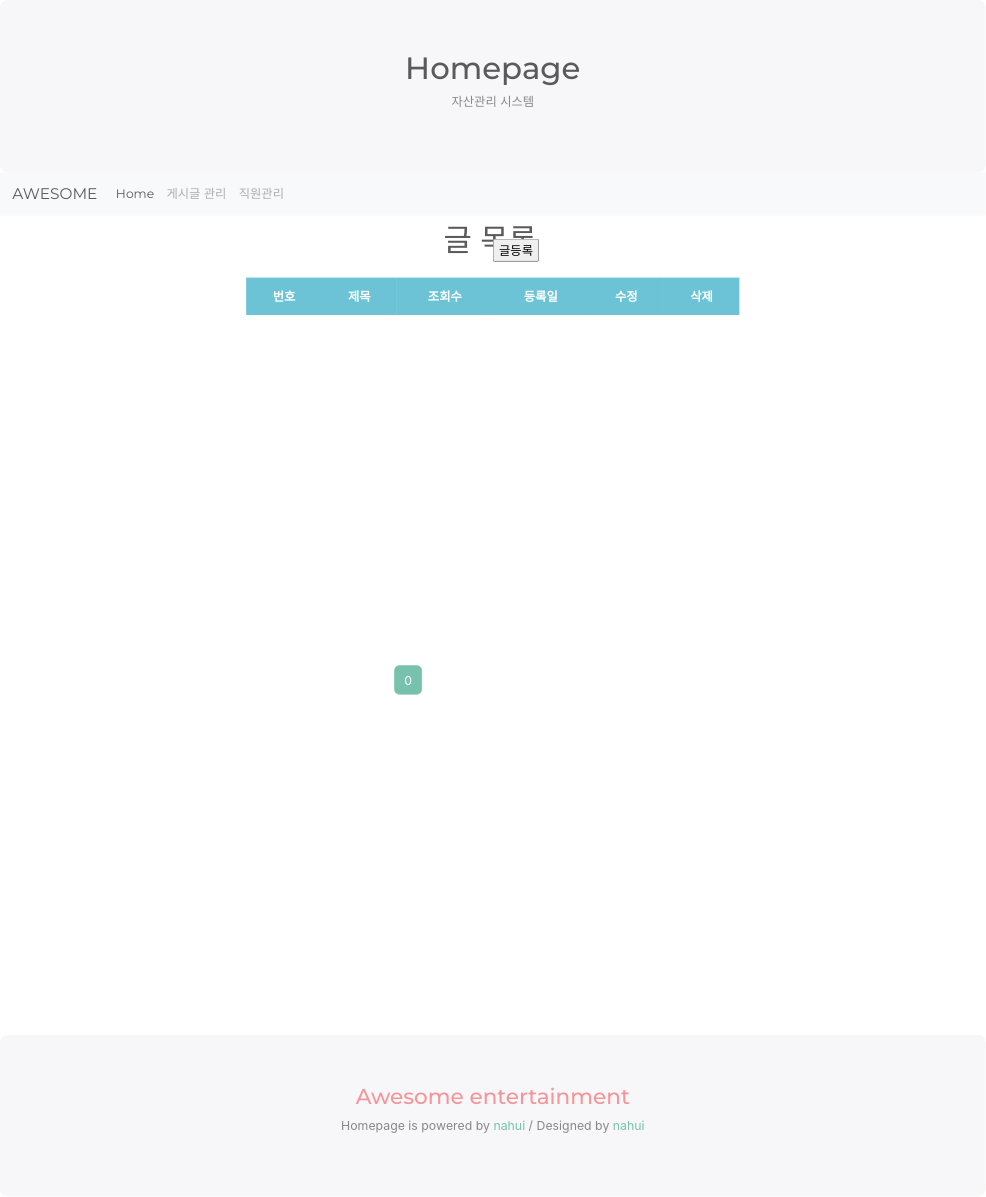
Repository: Nahui068/project1
Page: http://localhost/project1/WEB-INF/views/admin_board.jsp
An editor plug-in stored every save of this project. The page is shown before and after the next save, followed by the edit.
The browser window is 1280 px wide. The pictures show the whole page, at 77% of full size.
The page is served by Tomcat 9. Nobody is signed in. The template is opened directly, without the code that normally fills it, so the values that code supplies are empty.

Above is the page before, as saved 2021-01-07 05:28:59.

After the next save:
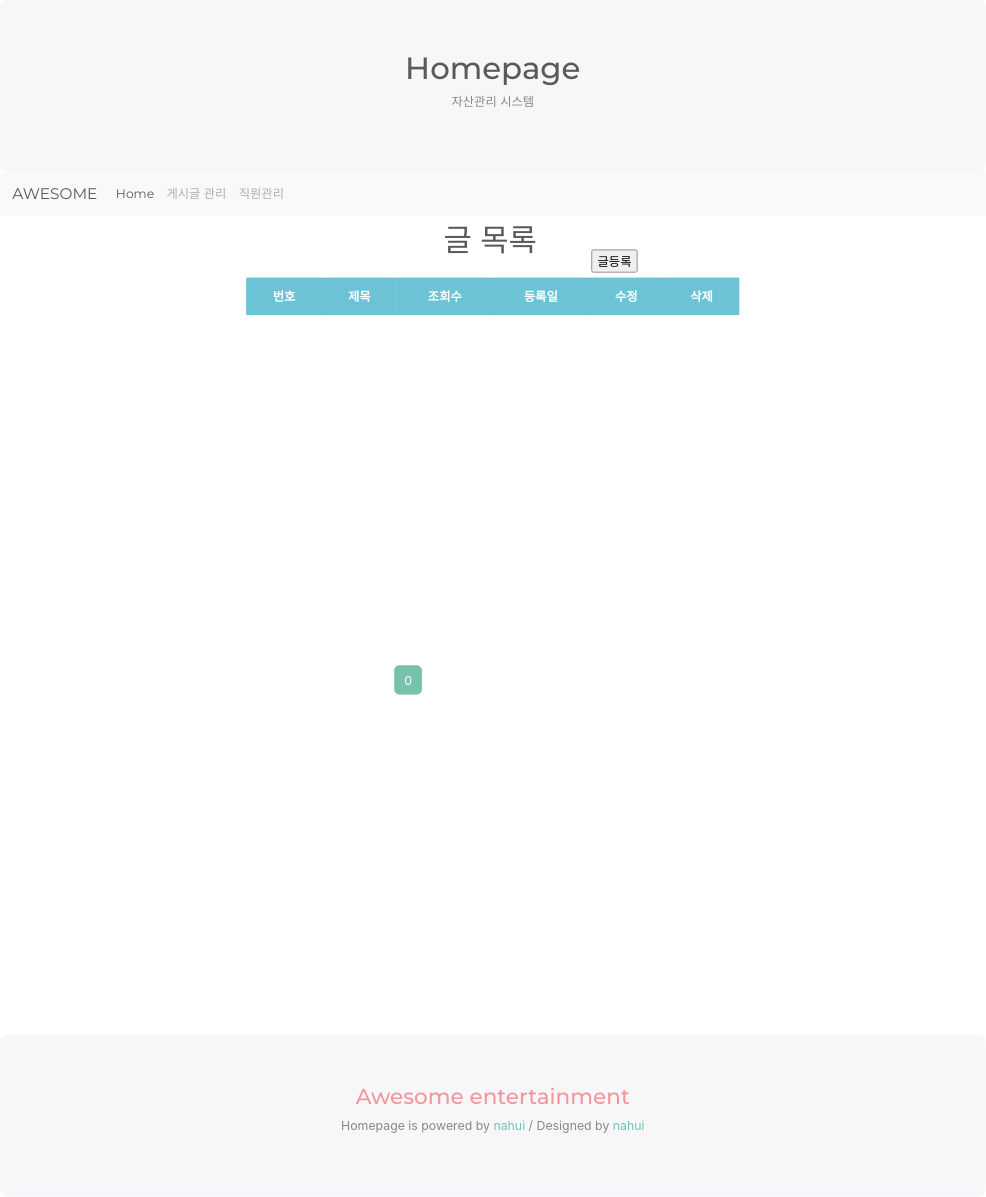
Saved 24 s later.
--- a/project1/src/main/webapp/WEB-INF/views/admin_board.jsp
+++ b/project1/src/main/webapp/WEB-INF/views/admin_board.jsp
@@ -61,7 +61,7 @@
 </head>
 <body>
 	<h1 style="position:absolute; top:40%; left:45%;">글 목록</h1>
-	<input type="button" value="글등록" onClick="location.href='/project1/board_form'" style="position:absolute; top:43%; left:50%;">
+	<input type="button" value="글등록" onClick="location.href='/project1/board_form'" style="position:absolute; top:45%; left:60%;">
 	<table class="table table-hover" style="position:absolute; top:50%; left:25%; width:50%;">
 		<tr class="table-info" style="text-align:center;">
 			<th>번호</th>
